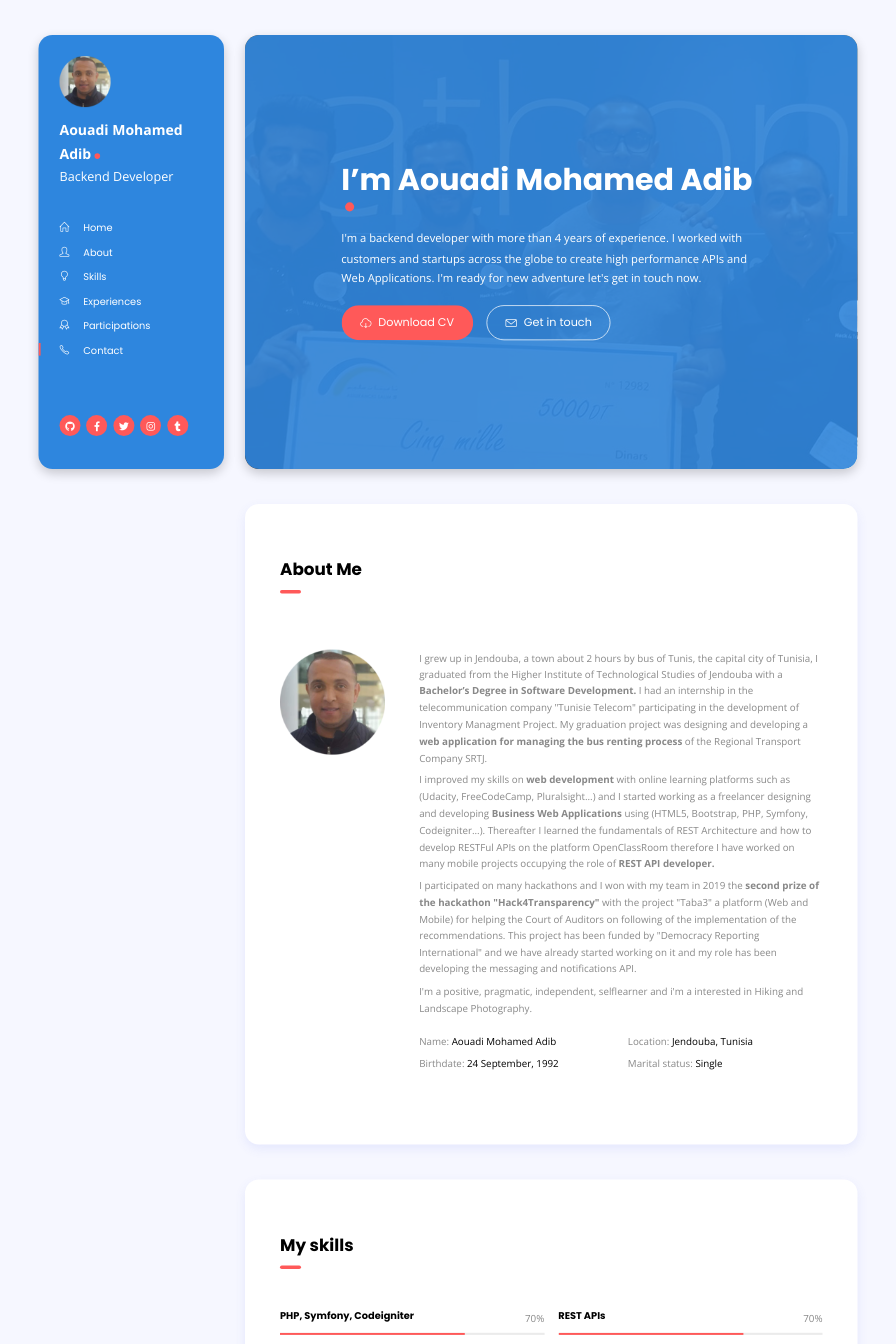
Repository: Adib128/Adib128.github.io
Page: index.html
The author's editor kept a copy of each file at every save. The page is drawn from the files as they stood at one save, then again after the next save.
The browser window is 1280 px wide. The pictures show the part of the page from y = 0 to 1920 px (the page is 5582 px tall), at 70% of full size.

Above is the page before, as saved 2021-10-21 17:19:03.

### index.html
<!DOCTYPE html>
<html lang="en-US">

<head>
	<meta http-equiv="Content-Type" content="text/html; charset=UTF-8">
	<title>Adib - Backend Developer</title>
	<meta name="description" content="Aouadi Mohamed Adib - Backend Developer">
	<meta name="viewport" content="width=device-width, initial-scale=1, maximum-scale=1">
	<link rel="shortcut icon" type="image/x-icon" href="images\favicon.ico">

	<!-- STYLESHEETS -->
	<link rel="stylesheet" href="css\bootstrap.min.css" type="text/css" media="all">
	<link rel="stylesheet" href="css\all.min.css" type="text/css" media="all">
	<link rel="stylesheet" href="css\simple-line-icons.css" type="text/css" media="all">
	<link rel="stylesheet" href="css\slick.css" type="text/css" media="all">
	<link rel="stylesheet" href="css\jquery.mCustomScrollbar.min.css" type="text/css" media="all">
	<link rel="stylesheet" href="css\style.css" type="text/css" media="all">
</head>

<body>

	<!-- preloader -->
	<div id="preloader">
		<div class="outer">
			<div class="spinner">
				<div class="dot1"></div>
				<div class="dot2"></div>
			</div>
		</div>
	</div>

	<!-- site wrapper -->
	<div class="site-wrapper">

		<!-- mobile header -->
		<div class="mobile-header py-2 px-3 mt-4">
			<button class="menu-icon mr-2">
				<span></span>
				<span></span>
				<span></span>
			</button>
			<a href="index.html" class="logo"><img src="images\logo.png" alt="Aouadi Mohamed Adib"></a>
			<a href="index.html" class="site-title dot ml-2">Aouadi Mohamed Adib</a>
		</div>

		<!-- header -->
		<header class="left float-left shadow-dark" id="header">
			<button type="button" class="close" aria-label="Close">
				<span aria-hidden="true">&times;</span>
			</button>
			<div class="header-inner d-flex align-items-start flex-column">
				<a href="index.html"><img src="images\logo.png" alt="Aouadi Mohamed Adib"></a>
				<a href="index.html" class="site-title dot mt-3">Aouadi Mohamed Adib</a>
				<span class="site-slogan">Backend Developer</span>

				<!-- navigation menu -->
				<nav>
					<ul class="vertical-menu scrollspy">
						<li><a href="#home" class="active"><i class="icon-home"></i>Home</a></li>
						<li><a href="#about"><i class="icon-user"></i>About</a></li>
						<li><a href="#skills"><i class="icon-bulb"></i>Skills</a></li>
						<li><a href="#resume"><i class="icon-graduation"></i>Experiences</a></li>
						<li><a href="#participation"><i class="icon-badge"></i>Participations</a></li>
						<li><a href="#contact"><i class="icon-phone"></i>Contact</a></li>
					</ul>
				</nav>

				<!-- footer -->
				<div class="footer mt-auto">

					<!-- social icons -->
					<ul class="social-icons list-inline">
						<li class="list-inline-item"><a href="https://github.com/Adib128/" target="_blank"><i
							class="fab fa-github"></i></a></li>
						<li class="list-inline-item"><a href="https://www.facebook.com/aouadi.adib/" target="_blank"><i
									class="fab fa-facebook-f"></i></a></li>
						<li class="list-inline-item"><a href="https://twitter.com/Adib128" target="_blank"><i
									class="fab fa-twitter"></i></a></li>
						<li class="list-inline-item"><a href="https://www.instagram.com/aouadi.adib/" target="_blank"><i
									class="fab fa-instagram"></i></a></li>
						<li class="list-inline-item"><a href="https://adib128.tumblr.com/" target="_blank"><i
									class="fab fa-tumblr"></i></a></li>
					</ul>
				</div>
			</div>
		</header>

		<!-- main content area -->
		<main class="content float-right">

			<!-- section hero -->
			<section class="hero background parallax shadow-dark d-flex align-items-center" id="home"
				data-image-src="images/adib.jpg">
				<div class="cta mx-auto mt-2">
					<h1 class="mt-0 mb-4">I’m Aouadi Mohamed Adib<span class="dot"></span></h1>
					<p class="mb-4">
						I'm a backend developer with more than 4 years of experience. I worked with customers and startups
						across the globe to create high performance APIs and Web Applications.
						I'm ready for new adventure let's get in touch now.
					</p>
					<a href="./cv/cv_aouadi_mohamed_adib.pdf" target="_blank" class="btn btn-default btn-lg mr-3"><i class="icon-cloud-download" download></i>Download CV</a>
					<a href="#contact" class="btn btn-border-light btn-lg"><i class="icon-envelope"></i>Get in touch</a>
				</div>
				<div class="overlay"></div>
			</section>

			<!-- section about -->
			<section id="about" class="shadow-blue white-bg padding">
				<h3 class="section-title">About Me</h3>
				<div class="spacer" data-height="80"></div>

				<div class="row">
					<div class="col-md-3">
						<img src="images\about.png" alt="about">
					</div>
					<div class="col-md-9">
						<p class="mb-0">
							I grew up in Jendouba, a town about 2 hours by bus of Tunis, the capital city of Tunisia, I
							graduated from the Higher Institute of Technological Studies of Jendouba
							with a <b>Bachelor’s Degree in Software Development.</b> I had an internship in the
							telecommunication company "Tunisie Telecom" participating in the development of Inventory
							Managment Project.
							My graduation project was designing and developing a <b> web application for managing the
								bus renting process </b> of the Regional Transport Company SRTJ.
						<div class="spacer" data-height="8"></div>
						I improved my skills on <b> web development </b> with online learning platforms such as
						(Udacity, FreeCodeCamp, Pluralsight...)
						and I started working as a freelancer designing and developing <b> Business Web Applications
						</b> using (HTML5, Bootstrap, PHP, Symfony, Codeigniter...).
						Thereafter I learned the fundamentals of REST Architecture and how to develop RESTFul APIs on
						the platform OpenClassRoom therefore I have worked on many mobile projects occupying the role
						of<b> REST API developer. </b>
						<div class="spacer" data-height="8"></div>
						I participated on many hackathons and I won with my team in 2019 the <b> second prize of the
							hackathon "Hack4Transparency" </b> with the project "Taba3" a platform (Web and Mobile) for
						helping the
						Court of Auditors on following of the implementation of the recommendations.
						This project has been funded by "Democracy Reporting International" and we have already started
						working on it and my role has been developing the messaging and notifications API.
						<div class="spacer" data-height="8"></div>
						I'm a positive, pragmatic, independent, selflearner and i'm a interested in Hiking and Landscape
						Photography.

						</p>
						<div class="row my-4">
							<div class="col-md-6">
								<p class="mb-2">Name: <span class="text-dark">Aouadi Mohamed Adib</span></p>
								<p class="mb-0">Birthdate: <span class="text-dark">24 September, 1992</span></p>
							</div>
							<div class="col-md-6 mt-2 mt-md-0 mt-sm-2">
								<p class="mb-2">Location: <span class="text-dark">Jendouba, Tunisia</span></p>
								<p class="mb-0">Marital status: <span class="text-dark">Single</span></p>
							</div>
						</div>
					</div>
				</div>
			</section>

			<!-- section skills -->
			<section id="skills" class="shadow-blue white-bg padding">
				<h3 class="section-title">My skills</h3>
				<div class="spacer" data-height="10"></div>

				<div class="row mt-5">

					<div class="col-md-6">
						<!-- skill item -->
						<div class="skill-item">
							<div class="skill-info clearfix">
								<h4 class="float-left mb-3 mt-0">PHP, Symfony, Codeigniter</h4>
								<span class="float-right">70%</span>
							</div>
							<div class="progress">
								<div class="progress-bar" role="progressbar" aria-valuemin="0" aria-valuemax="100"
									aria-valuenow="70">
								</div>
							</div>
							<div class="spacer" data-height="50"></div>
						</div>
					</div>

					<div class="col-md-6">
						<!-- skill item -->
						<div class="skill-item">
							<div class="skill-info clearfix">
								<h4 class="float-left mb-3 mt-0">REST APIs</h4>
								<span class="float-right">70%</span>
							</div>
							<div class="progress">
								<div class="progress-bar" role="progressbar" aria-valuemin="0" aria-valuemax="100"
									aria-valuenow="70">
								</div>
							</div>
							<div class="spacer" data-height="50"></div>
						</div>
					</div>

					<div class="col-md-6">
						<!-- skill item -->
						<div class="skill-item">
							<div class="skill-info clearfix">
								<h4 class="float-left mb-3 mt-0">SQL, MySQL</h4>
								<span class="float-right">70%</span>
							</div>
							<div class="progress">
								<div class="progress-bar" role="progressbar" aria-valuemin="0" aria-valuemax="100"
									aria-valuenow="70">
								</div>
							</div>
							<div class="spacer" data-height="50"></div>
						</div>
					</div>

					<div class="col-md-6">
						<!-- skill item -->
						<div class="skill-item">
							<div class="skill-info clearfix">
								<h4 class="float-left mb-3 mt-0">NoSQL, MongoDB</h4>
								<span class="float-right">50%</span>
							</div>
							<div class="progress">
								<div class="progress-bar" role="progressbar" aria-valuemin="0" aria-valuemax="100"
									aria-valuenow="50">
								</div>
							</div>
							<div class="spacer" data-height="50"></div>
						</div>
					</div>

					<div class="col-md-6">
						<!-- skill item -->
						<div class="skill-item">
							<div class="skill-info clearfix">
								<h4 class="float-left mb-3 mt-0">Javascript</h4>
								<span class="float-right">70%</span>
							</div>
							<div class="progress">
								<div class="progress-bar" role="progressbar" aria-valuemin="0" aria-valuemax="100"
									aria-valuenow="70">
								</div>
							</div>
							<div class="spacer" data-height="50"></div>
						</div>
					</div>

					<div class="col-md-6">
						<!-- skill item -->
						<div class="skill-item">
							<div class="skill-info clearfix">
								<h4 class="float-left mb-3 mt-0">NodeJS</h4>
								<span class="float-right">50%</span>
							</div>
							<div class="progress">
								<div class="progress-bar" role="progressbar" aria-valuemin="0" aria-valuemax="100"
									aria-valuenow="50">
								</div>
							</div>
							<div class="spacer" data-height="50"></div>
						</div>
					</div>

					<div class="col-md-6">
						<!-- skill item -->
						<div class="skill-item">
							<div class="skill-info clearfix">
								<h4 class="float-left mb-3 mt-0">HTML, Bootstrap</h4>
								<span class="float-right">60%</span>
							</div>
							<div class="progress">
								<div class="progress-bar" role="progressbar" aria-valuemin="0" aria-valuemax="100"
									aria-valuenow="60">
								</div>
							</div>
							<div class="spacer" data-height="50"></div>
						</div>
					</div>

					<div class="col-md-6">
						<!-- skill item -->
						<div class="skill-item">
							<div class="skill-info clearfix">
								<h4 class="float-left mb-3 mt-0">Git, Docker</h4>
								<span class="float-right">70%</span>
							</div>
							<div class="progress">
								<div class="progress-bar" role="progressbar" aria-valuemin="0" aria-valuemax="100"
									aria-valuenow="70">
								</div>
							</div>
							<div class="spacer" data-height="50"></div>
						</div>
					</div>

				</div>
			</section>

			<!-- section experience -->
			<section id="resume" class="shadow-blue white-bg padding">
				<h3 class="section-title">Experience</h3>
				<div class="spacer" data-height="80"></div>

				<!-- timeline -->
				<div class="timeline">
					<div class="entry">
						<div class="title">
							<span>2018 - Present</span>
						</div>
						<div class="body">
							<h4 class="mt-0">Backend Developer</h4>
							<ul>
								<li> Analyzing and studying the company's business needs. </li>
								<li> Participating in the development of business web applications.</li>
								<li> Developing new features for the existing applications</li>
								<li> Migrating and structuring data from classic databases.</li>
								<li> Supporting staff for the best usage of the applications.</li>
							</ul>
							<p> <i class="fa fa-building"></i><b> Regional Transport Company of Jendouba</b> , Tunisia
							</p>
						</div>
					</div>
					<div class="entry">
						<div class="title">
							<span>2016 - 2018</span>
						</div>
						<div class="body">
							<h4 class="mt-0">Freelance Web Developer</h4>
							<ul>
								<li> Analyzing and studying customers needs. </li>
								<li> Database creation, integration, and management. </li>
								<li> Developing and maintaining well documented RESTful API's. </li>
								<li> Developing backend components and connect the application with third-party services.</li>
								<li> Testing and Debuging the developed functions and services.</li>
							</ul>
							<p> <i class="fa fa-globe"></i><b> Freelance</b>
							</p>
						</div>
					</div>
					<div class="entry">
						<div class="title">
							<span>January to May 2014</span>
						</div>
						<div class="body">
							<h4 class="mt-0">Internship/Graduation project</h4>
							<ul>
								<li> Analyze The Business Case of Bus Renting Management </li>
								<li> Development of a Web Application for Renting Bus Managment </li>
								<li> Test and Deployment of the Application </li>
							</ul>
							<p> <i class="fa fa-building"></i><b> Regional Transport Company of Jendouba</b> , Tunisia
							</p>
						</div>
					</div>
					<div class="entry">
						<div class="title">
							<span>July 2013</span>
						</div>
						<div class="body">
							<h4 class="mt-0">Web Developer Intern</h4>
							<ul>
								<li> Participation in the development of Inventory Managment Project </li>
							</ul>
							<p> <i class="fa fa-building"></i><b> Tunisie Telecom</b>, Tunisia </p>
						</div>
					</div>
					<div class="entry">
						<div class="title">
							<span>2011 - 2014</span>
						</div>
						<div class="body">
							<h4 class="mt-0">Bachelor’s Degree in Software Development</h4>
							<p> <i class="fa fa-building"></i><b> Higher Institute of Technological Studies Jendouba</b>
								, Tunisia </p>
						</div>
					</div>
					<span class="timeline-line"></span>
				</div>
			</section>

			<!-- section blog -->
			<section id="participation" class="shadow-blue white-bg padding">
				<h3 class="section-title">Participations</h3>
				<div class="spacer" data-height="80"></div>

				<div class="row">

					<div class="col-md-4">
						<!-- blog item -->
						<div class="blog-item">
							<div class="thumb">
								<a href="http://www.courdescomptes.nat.tn/Fr/actualites_7_22_D123" target="_blank">
									<img src="images\blog\hack_01.jpg" alt="blog-title">
							</div>
							<h4 class="mt-4 mb-0">Hackathon Hack4Transparency</h4>
							<ul class="list-inline meta mb-0 mt-3">
								<li class="list-inline-item">Awarded second place with the project "Taba3" a web and
									mobile app for monitoring of the implementation of the recommendations by Court of
									Auditors. </li>
							</ul>
							</a>
						</div>
						<div class="spacer" data-height="50"></div>
					</div>

					<div class="col-md-4">
						<!-- blog item -->
						<div class="blog-item">
							<div class="thumb">
								<a href="https://ieee.tn/event/ieee-tunisia-apps-for-democracy-challenge/"
									target="_blank">
									<img src="images\blog\hack_02.jpg" alt="blog-title">
								</a>
							</div>
							<h4 class="mt-4 mb-0">IEEE Tunisia Apps for democracy Hackathon</h4>
							<ul class="list-inline meta mb-0 mt-3">
								<li class="list-inline-item">Awarded from the top five projects and honored by the
									minister of technology with a web app helps hospitals in managing the appointments.
								</li>
							</ul>
							</a>
						</div>
						<div class="spacer" data-height="50"></div>
					</div>

					<div class="col-md-4">
						<!-- blog item -->
						<div class="blog-item">
							<div class="thumb">
								<a href="https://www.worldbank.org/en/events/2017/01/05/maghreb-women-hackathon"
									target="_blank">
									<img src="images\blog\hack_05.jpg" alt="blog-title">

							</div>
							<h4 class="mt-4 mb-0">Mentor on the Hackathon Empower Her Tech4Women</h4>
							<ul class="list-inline meta mb-0 mt-3">
								<li class="list-inline-item">Helping participants on choosing the best tools and
									programming languages for developing their projects.</li>
							</ul>
							</a>
						</div>
					</div>

					<div class="col-md-4">
						<!-- blog item -->
						<div class="blog-item">
							<div class="thumb">
								<a href="https://www.facebook.com/events/589729551460478/permalink/595658370867596/"
									target="_blank">
									<img src="images\blog\hack_06.jpg" alt="blog-title">
							</div>
							<h4 class="mt-4 mb-0">Workshop Progressive Web App </h4>
							<ul class="list-inline meta mb-0 mt-3">
								<li class="list-inline-item">Hands on labs on development of Progressive Web
									Applications. </li>
							</ul>
							</a>
						</div>
					</div>

					<div class="col-md-4">
						<!-- blog item -->
						<div class="blog-item">
							<div class="thumb">
								<a href="https://www.meetup.com/fr-FR/GDG-Beja/photos/28817358/" target="_blank">
									<img src="images\blog\hack_08.jpg" alt="blog-title">

							</div>
							<h4 class="mt-4 mb-0">Workshop Symfony 4</h4>
							<ul class="list-inline meta mb-0 mt-3">
								<li class="list-inline-item">Hands on labs on developing web app with the symfony
									framework.</li>
							</ul>
							</a>
						</div>
					</div>



					<div class="col-md-4">
						<!-- blog item -->
						<div class="blog-item">
							<div class="thumb">
								<a>
									<img src="images\blog\hack_07.jpg" alt="blog-title">
								</a>
							</div>
							<h4 class="mt-4 mb-0">Workshop HTML5, CSS3, Javascript</h4>
							<ul class="list-inline meta mb-0 mt-3">
								<li class="list-inline-item">Helping participants to grow their level on the development
									of web pages using HTML5, CSS3 and Javascript.</li>
							</ul>
							</a>
						</div>
					</div>

				</div>

			</section>

			<!-- section contact -->
			<section id="contact" class="shadow-blue white-bg padding">
				<h3 class="section-title">Contact Me</h3>
				<div class="spacer" data-height="80"></div>

				<div class="row">

					<div class="col-md-4 mb-4 mb-md-0">
						<!-- contact info -->
						<div class="contact-info mb-5">
							<i class="icon-phone"></i>
							<div class="details">
								<h5>Phone</h5>
								<span>+216 52 715 075</span>
							</div>
						</div>
						<div class="contact-info mb-5">
							<i class="icon-envelope"></i>
							<div class="details">
								<h5>Email address</h5>
								<span>aouadi.adib@gmail.com</span>
							</div>
						</div>
						<div class="contact-info">
							<i class="icon-social-skype"></i>
							<div class="details">
								<h5>Skype</h5>
								<span>live:aouadi.adib_1</span>
							</div>
						</div>
					</div>

					<div class="col-md-8">
						<!-- Contact Form -->
						<form id="contact-form" class="contact-form" method="post">

							<div class="messages"></div>

							<div class="row">
								<div class="column col-md-6">
									<!-- Name input -->
									<div class="form-group">
										<input type="text" class="form-control" name="name" id="name"
											placeholder="Your name" required="required" data-error="Name is required.">
										<div class="help-block with-errors"></div>
									</div>
								</div>

								<div class="column col-md-6">
									<!-- Email input -->
									<div class="form-group">
										<input type="email" class="form-control" id="email" name="email"
											placeholder="Email address" required="required"
											data-error="Email is required.">
										<div class="help-block with-errors"></div>
									</div>
								</div>

								<div class="column col-md-12">
									<!-- Email input -->
									<div class="form-group">
										<input type="text" class="form-control" id="subject" name="subject"
											placeholder="Subject" required="required" data-error="Subject is required.">
										<div class="help-block with-errors"></div>
									</div>
								</div>

								<div class="column col-md-12">
									<!-- Message textarea -->
									<div class="form-group">
										<textarea name="message" id="message" class="form-control" rows="5"
											placeholder="Message" required="required"
											data-error="Message is required."></textarea>
										<div class="help-block with-errors"></div>
									</div>
								</div>
							</div>

							<button type="button" id="btn-sub" value="Submit" class="btn btn-default"><i
									class="icon-paper-plane"></i>Send Message</button><!-- Send Button -->

						</form>
						<!-- Contact Form end -->
					</div>

				</div>

			</section>

		</main>

	</div>

	<div class="modal fade" id="myModal" tabindex="-1" role="dialog" aria-labelledby="exampleModalLabel">
		<div class="modal-dialog" role="document">
			<div class="modal-content">
				<div class="modal-header">
					<button type="button" class="close" data-dismiss="modal" aria-label="Close"><span
							aria-hidden="true">&times;</span></button>
				</div>
				<div class="modal-body">
					<h4>Thank you for your contact i will reply you soon.</h4>
				</div>
				<div class="modal-footer">
					<button type="button" class="btn btn-default" data-dismiss="modal">Close</button>
				</div>
			</div>
		</div>
	</div>

	<!-- Go to top button -->
	<a href="javascript:" id="return-to-top"><i class="fa fa-chevron-up"></i></a>

	<!-- SCRIPTS -->
	<script src="js\jquery-1.12.3.min.js"></script>
	<script src="js\jquery.easing.min.js"></script>
	<script src="js\popper.min.js"></script>
	<script src="js\bootstrap.min.js"></script>
	<script src="js\jquery.waypoints.min.js"></script>
	<script src="js\jquery.counterup.min.js"></script>
	<script src="js\jquery.mCustomScrollbar.concat.min.js"></script>
	<script src="js\isotope.pkgd.min.js"></script>
	<script src="js\infinite-scroll.min.js"></script>
	<script src="js\imagesloaded.pkgd.min.js"></script>
	<script src="js\slick.min.js"></script>
	<script src="js\contact.js"></script>
	<script src="js\validator.js"></script>
	<script src="js\custom.js"></script>

</body>

</html>

Loaded but not shown: css/bootstrap.min.css (library); css/all.min.css (library); css/slick.css (library); css/jquery.mCustomScrollbar.min.css (library); js/jquery-1.12.3.min.js (library); js/jquery.easing.min.js (library); js/popper.min.js (library); js/bootstrap.min.js (library); js/jquery.waypoints.min.js (library); js/jquery.counterup.min.js (common file); js/jquery.mCustomScrollbar.concat.min.js (library); js/isotope.pkgd.min.js (library); js/infinite-scroll.min.js (library); js/imagesloaded.pkgd.min.js (library); js/slick.min.js (library); js/validator.js (385 lines, source omitted); js/custom.js (313 lines, source omitted); js/contact.js (46 lines, source omitted); css/style.css (1690 lines, source omitted); css/simple-line-icons.css (778 lines, source omitted)

After the next save:
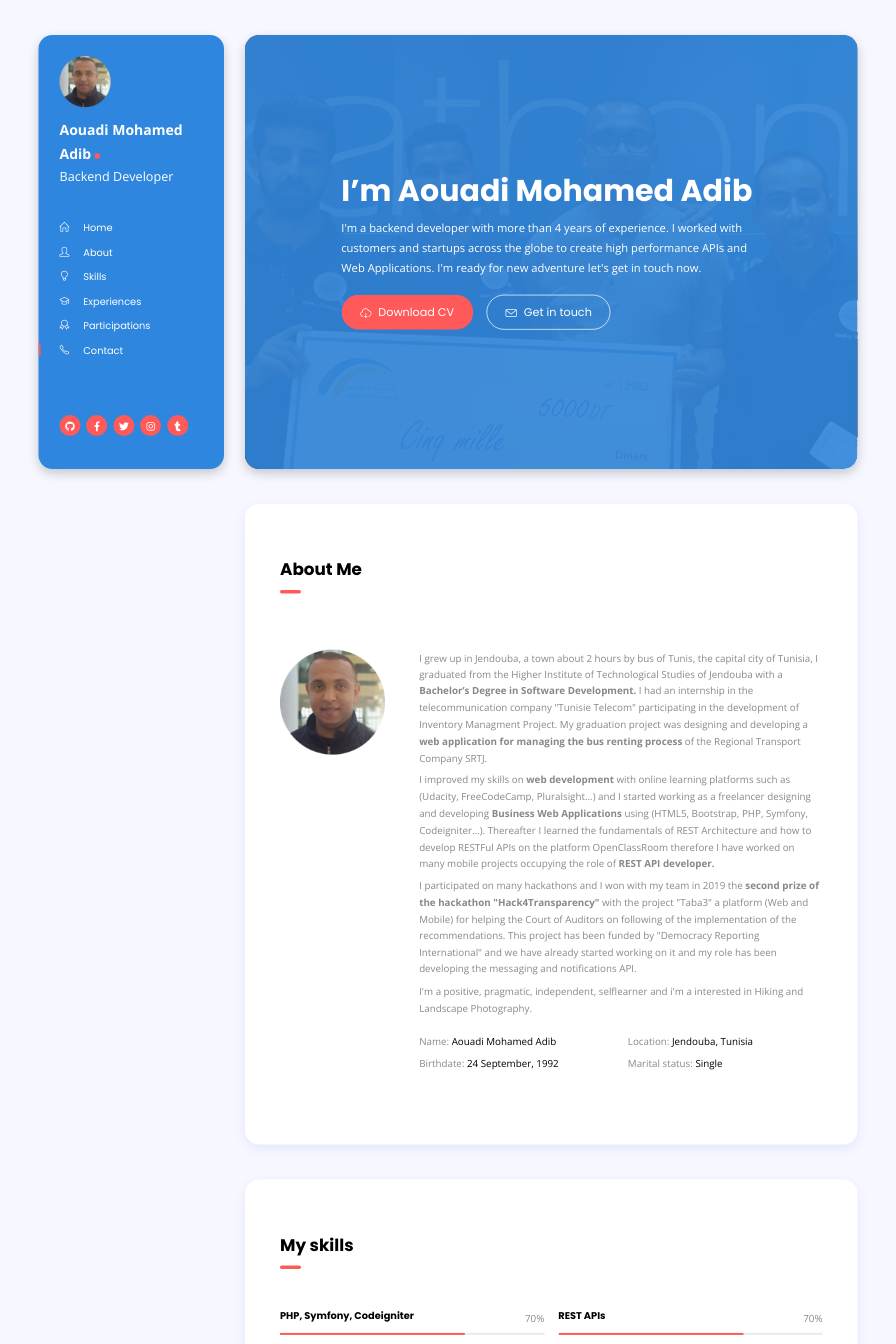
Saved 2 min 48 s later.
--- a/index.html
+++ b/index.html
@@ -92,7 +92,7 @@
 			<section class="hero background parallax shadow-dark d-flex align-items-center" id="home"
 				data-image-src="images/adib.jpg">
 				<div class="cta mx-auto mt-2">
-					<h1 class="mt-0 mb-4">I’m Aouadi Mohamed Adib<span class="dot"></span></h1>
+					<h1 class="mt-0 mb-4">I’m Aouadi Mohamed Adib</h1>
 					<p class="mb-4">
 						I'm a backend developer with more than 4 years of experience. I worked with customers and startups
 						across the globe to create high performance APIs and Web Applications.
